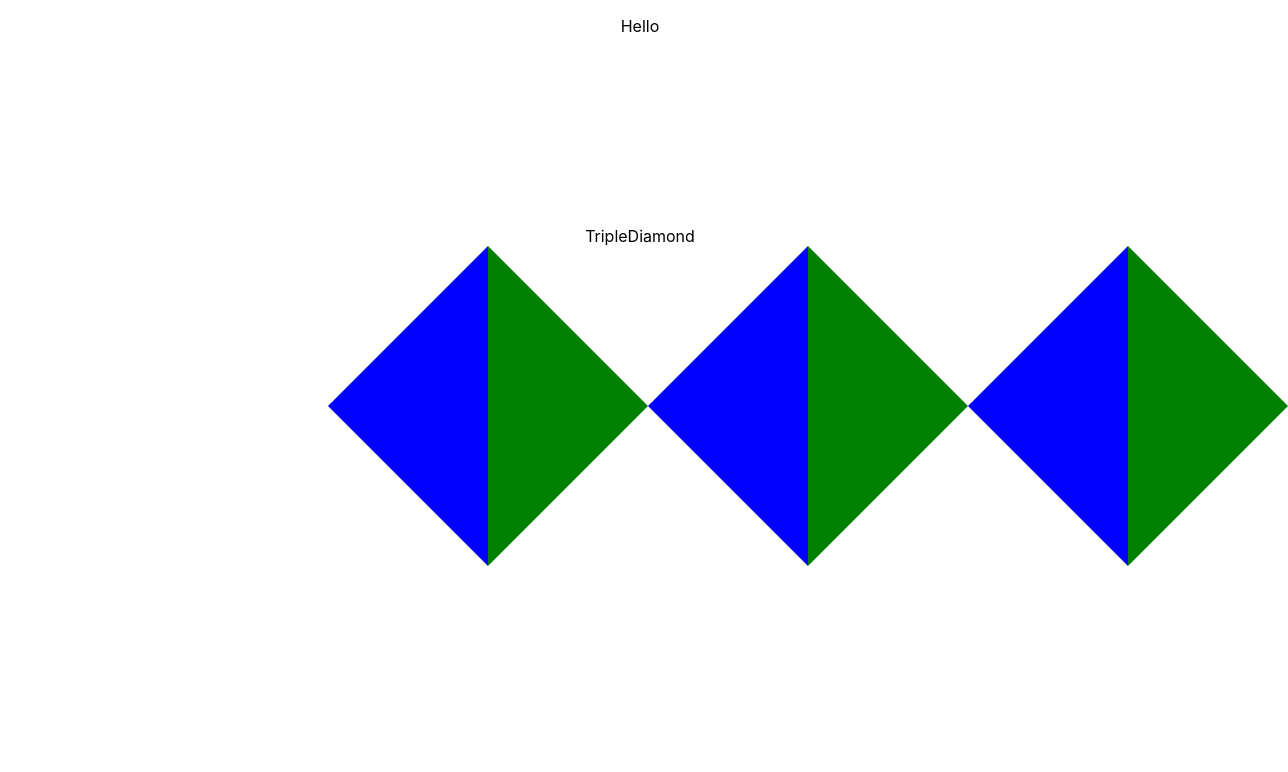
Repository: YingCG/interaction-design
Page: /
These files come from the project's save history. The page is drawn as it stood at one moment and after a run of saves; the edit follows.
The browser window is 1280 px wide. The page is 1288 px wide, so the pictures cover 1288 px, including what lies to the right of the window. The pictures show the whole page.
The project was rebuilt for these pictures with package versions that can differ from the ones it lists, and the page was loaded fresh each time.

Above is the page before, as saved 2023-09-07 10:25:29.

After the next 2 saves:
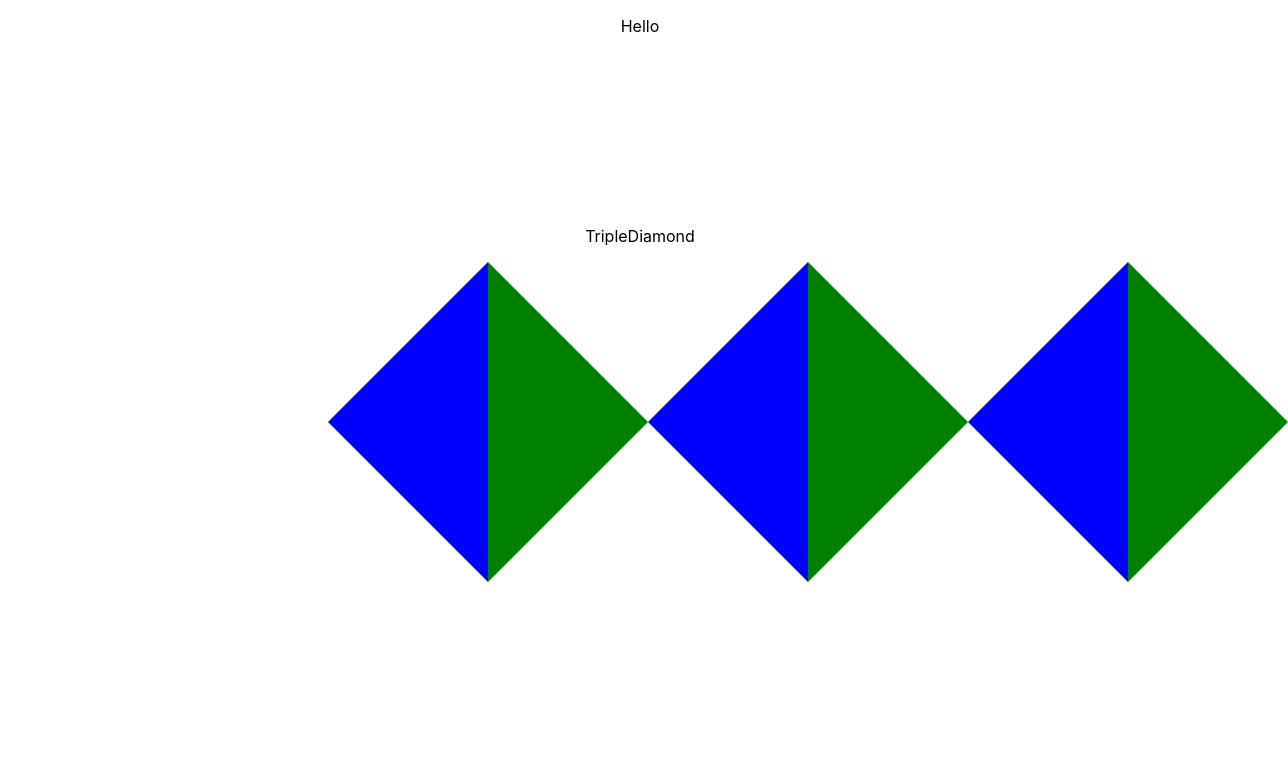
The 2 saves are shown as one change because they came seconds apart.
The last was saved 32 s later.
--- a/src/App.css
+++ b/src/App.css
@@ -30,10 +30,10 @@
   flex-direction: column;
 }
 
-/* .text-content {
-  display: flex;
-  width: 50%;
-} */
+.text-content {
+  padding: 1em;
+}
+
 .triple-diamond {
   display: flex;
   width: 50%;
